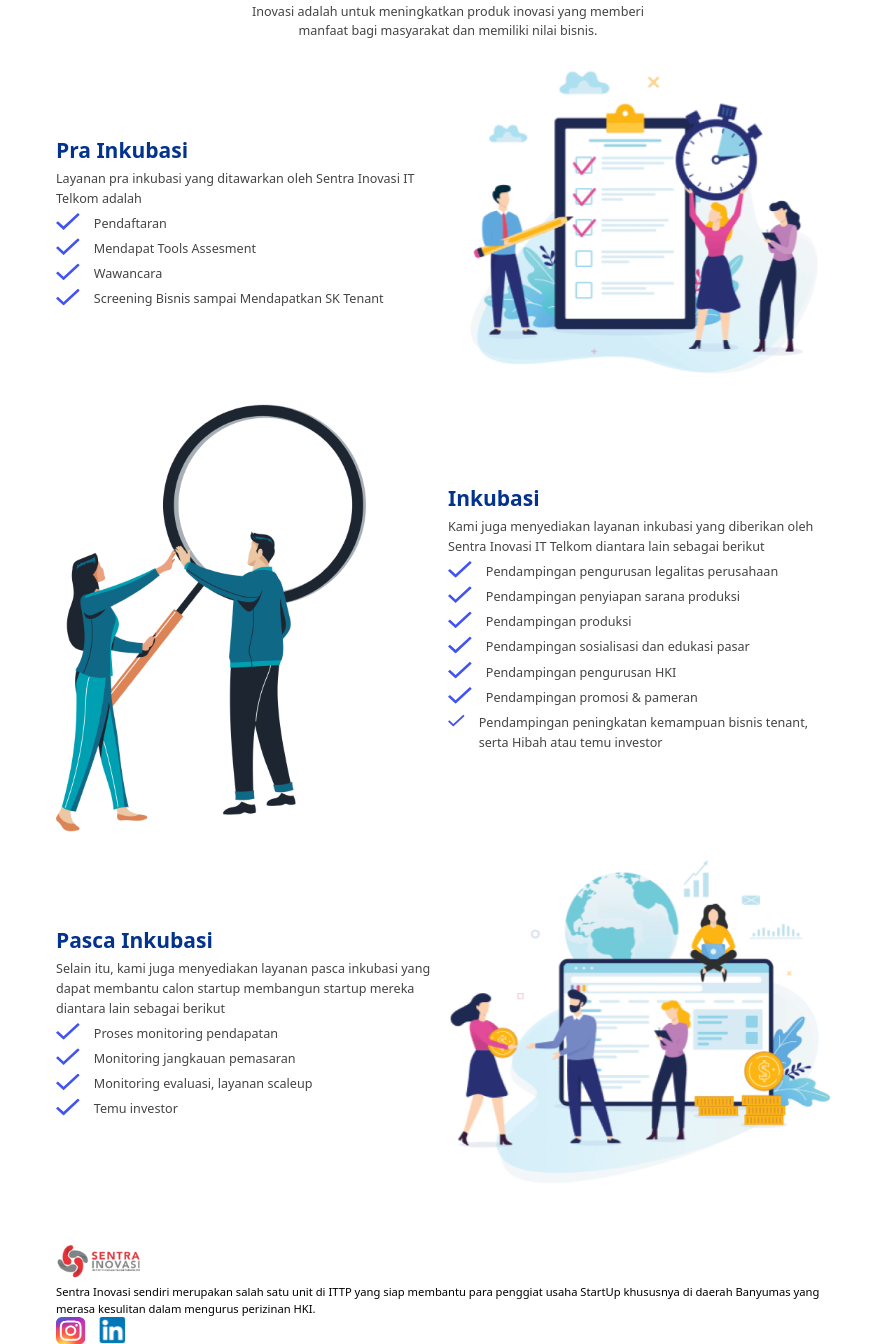
Repository: whytrno/sinovi-products
Page: /
These files come from the project's save history. The page is drawn as it stood at one moment and after the next save; the edit follows.
The browser window is 1280 px wide. The pictures show the part of the page from y = 1629 to 3549 px (the page is 3549 px tall), at 70% of full size.
The project was rebuilt for these pictures with package versions that can differ from the ones it lists, and the page was loaded fresh each time. The framework's server and built-in components were replaced by stand-ins that run in the browser. Also part of the build but not shown: next.config.js, components/Produk.js.

Above is the page before, as saved 2023-02-24 12:13:14.

After the next save:
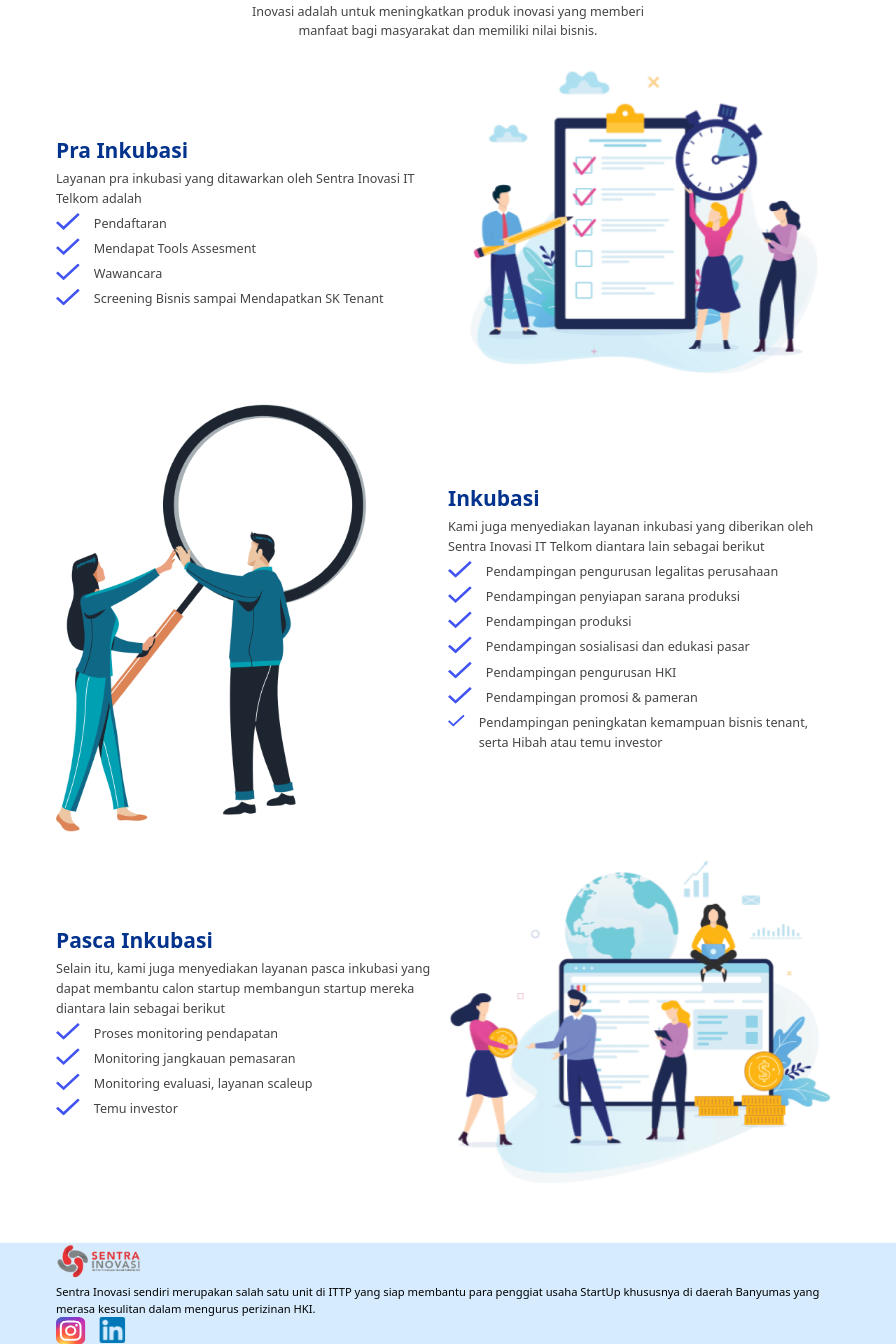
Saved 31 s later.
--- a/components/Footer.js
+++ b/components/Footer.js
@@ -3,7 +3,7 @@
 
 export default function Footer() {
     return (
-        <div className="px-20 2xl:px-60">
+        <div className="px-20 2xl:px-60 w-full bg-[#D6ECFE]">
             <img src="./logo/sinovi.png" />
             <p>Sentra Inovasi sendiri merupakan salah satu unit di ITTP yang siap membantu para penggiat usaha StartUp khususnya di daerah Banyumas yang merasa kesulitan dalam mengurus perizinan HKI.</p>
 

After the save that followed:
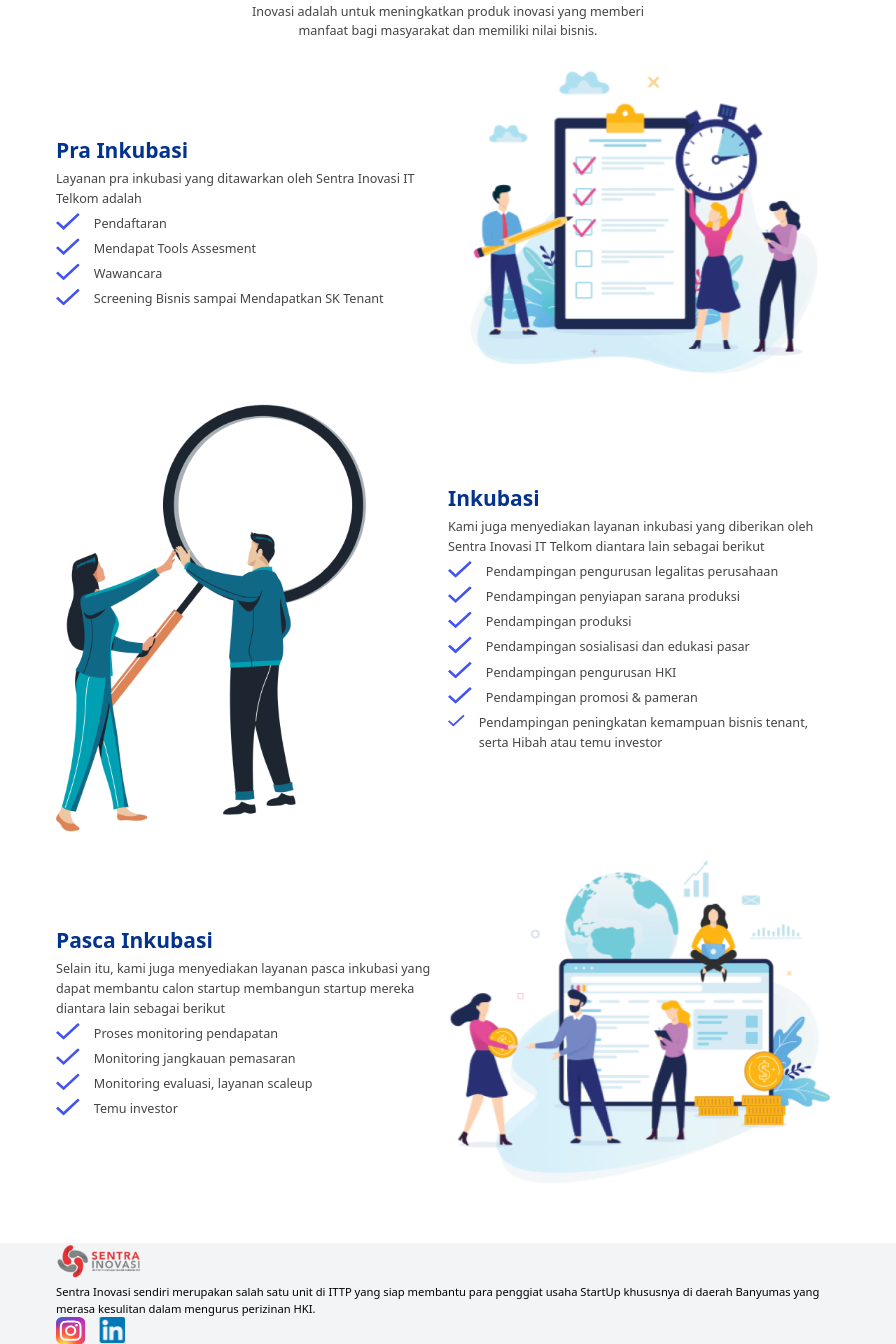
Saved 2 min 21 s later.
--- a/components/Footer.js
+++ b/components/Footer.js
@@ -3,7 +3,7 @@
 
 export default function Footer() {
     return (
-        <div className="px-20 2xl:px-60 w-full bg-[#D6ECFE]">
+        <div className="px-20 2xl:px-60 w-full bg-gray-100">
             <img src="./logo/sinovi.png" />
             <p>Sentra Inovasi sendiri merupakan salah satu unit di ITTP yang siap membantu para penggiat usaha StartUp khususnya di daerah Banyumas yang merasa kesulitan dalam mengurus perizinan HKI.</p>
 
